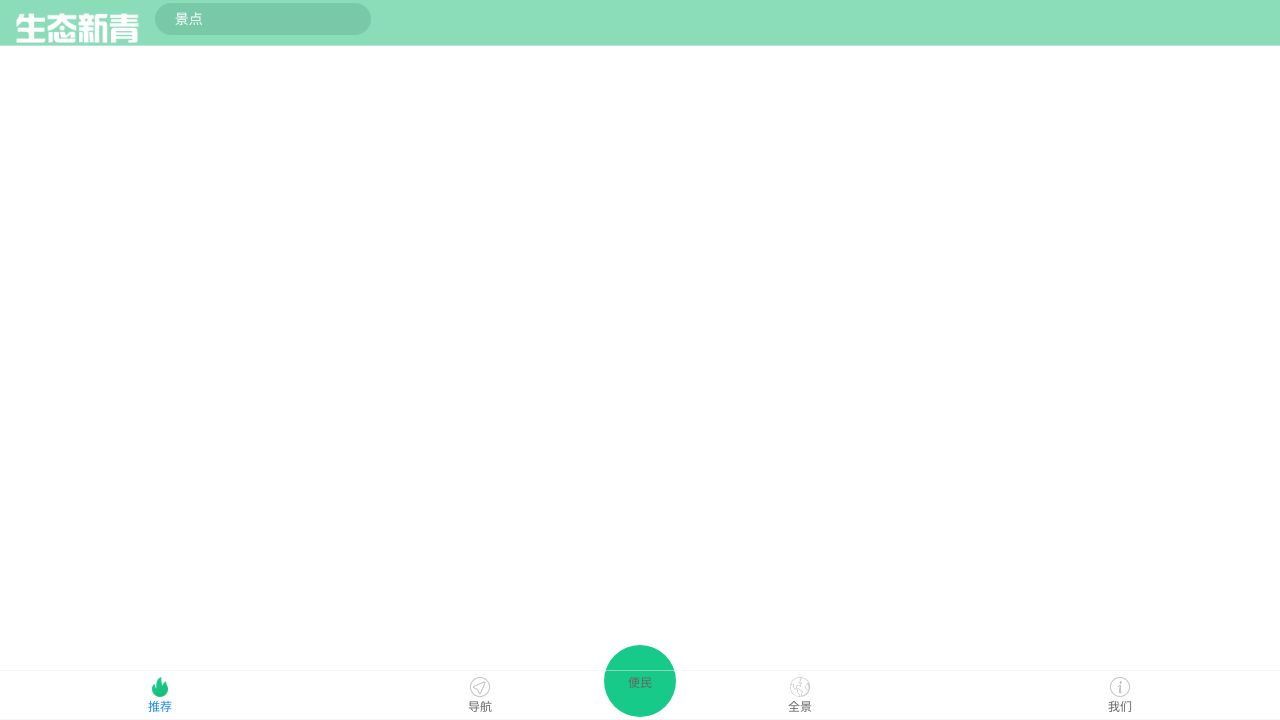
Repository: huye123/stcq
Page: /
An editor plug-in stored every save of this project. The page is shown before and after a run of saves, followed by the edit.
The browser window is 1280 px wide. The pictures show the whole page.
The project was rebuilt for these pictures with package versions that can differ from the ones it lists, and the page was loaded fresh each time. Also part of the build but not shown: src/components/search.vue.

Above is the page before, as saved 2019-06-28 16:37:16.

### index.html
<!DOCTYPE html>
<html>
  <head>
    <meta charset="utf-8">
    <meta name="viewport" content="width=device-width,initial-scale=1.0">
    <title>stcqapp</title>
  </head>
  <body>
    <div id="app"></div>
    <!-- built files will be auto injected -->
  </body>
</html>

### src/main.js
// The Vue build version to load with the `import` command
// (runtime-only or standalone) has been set in webpack.base.conf with an alias.
import Vue from 'vue'
import App from './App'
import router from './router'
import Vant from 'vant';
import 'vant/lib/index.css';
Vue.use(Vant)

Vue.config.productionTip = false

// require('src\style\index.less')
/* eslint-disable no-new */
new Vue({
  el: '#app',
  router,
  components: { App },
  template: '<App/>'
})

### src/App.vue
<template>
  <div id="app">
     <router-view/>
  <van-tabbar v-model="active">
  <van-tabbar-item >
    <span>推荐</span>
    <img
      slot="icon"
      slot-scope="props"
      :src="props.active ? icon.active : icon.normal"
    >
  </van-tabbar-item>
  <van-tabbar-item >
    <span>导航</span>
    <img
      slot="icon"
      slot-scope="search"
      :src="search.active ? icon.active1 : icon.navigation"
    >
  </van-tabbar-item>
  <van-tabbar-item  class="bianmin">
    <span>便民</span>
  </van-tabbar-item>
  <van-tabbar-item >
    <span>全景</span>
    <img
      slot="icon"
      slot-scope="panorama"
      :src="panorama.active ? icon.active3 : icon.panorama"
    >
  </van-tabbar-item>
  <van-tabbar-item >
    <span>我们</span>
    <img
      slot="icon"
      slot-scope="user"
      :src="user.active ? icon.active4 : icon.user"
    >
  </van-tabbar-item>
  <!-- <van-tabbar-item icon="search">标签</van-tabbar-item>
  <van-tabbar-item icon="setting-o">标签</van-tabbar-item>
  <van-tabbar-item icon="search">标签</van-tabbar-item> -->
</van-tabbar>
  </div>
</template>

<script>
export default {
  name: 'App',
  data() {
    return {
      active: 0,
      icon: {
        normal: 'static/image/tuijian-n.png',
        active: 'static/image/tuijian-s.png',
        navigation: 'static/image/daolan-n.png',
        active1: 'static/image/daolan-s.png',
        panorama: 'static/image/quanjing-n.png',
        active3: 'static/image/quanjing-s.png',
        user: 'static/image/women-n.png',
        active4: 'static/image/women-s.png'
      },
      //  iconNav: {
      //   normal: 'static/image/daolan-n.png',
      //   active: 'static/image/daolan-s.png'
      // }
    }
  },
}
</script>

<style>
#app {
  font-family: 'Avenir', Helvetica, Arial, sans-serif;
  -webkit-font-smoothing: antialiased;
  -moz-osx-font-smoothing: grayscale;
  text-align: center;
  color: #2c3e50;
  margin-top: 60px;
}
.bianmin{
      background: #18ca8a;
    border-radius: 50%;
    /* width: 100%; */
    height: 72px;
    width: 72px;
    position: absolute;
    top: -50%;
    left: calc(50% - 36px);

}
</style>

### src/router/index.js
import Vue from 'vue'
import Router from 'vue-router'
import HelloWorld from '@/components/HelloWorld'
import Search from '@/components/search'

Vue.use(Router)

export default new Router({
  routes: [
    {
      path: '/',
      name: 'HelloWorld',
      component: HelloWorld
    },
    {
      path: '@/components/search',
      name: 'search',
      meta: {
       title: '搜索',
      },
     }

  ]
})

### src/components/HelloWorld.vue
<template>
  <div class="hello">
    <van-nav-bar fixed class="index">
      <div slot="left">
        <!-- <span class="title">生态新青</span> -->
        <van-col span="8" class="logo">
          <img src="../../static/image/logo.png" alt="">
        </van-col>
        <router-link :to="{ name: '搜索'}">
          <van-col span="14" class="indexBtn" :offset="1">
            <button>景点</button>
          </van-col>
        </router-link>
      </div>
  <!-- <van-icon name="search" slot="right" /> -->
</van-nav-bar>
  </div>
</template>

<script>
export default {
  name: 'HelloWorld',
  data () {
    return {

    }
  }
}
</script>

<!-- Add "scoped" attribute to limit CSS to this component only -->

<style scoped>
 .index{
   background-color: rgba(25, 186, 117, 0.5);
   /* opacity: 0.5; */

 }
  .logo img{
     width: 100%;
      display: block;
      margin-top: 10px;

   }
   .indexBtn button{
     background-color:  rgba(105, 184, 153, 0.5);
     border: 0px;
     width: 100%;
     border-radius: 25px;
     line-height: 30px;
     color: #fff;
     text-align: left;
     padding-left: 20px;
   }

</style>

After the next 3 saves:
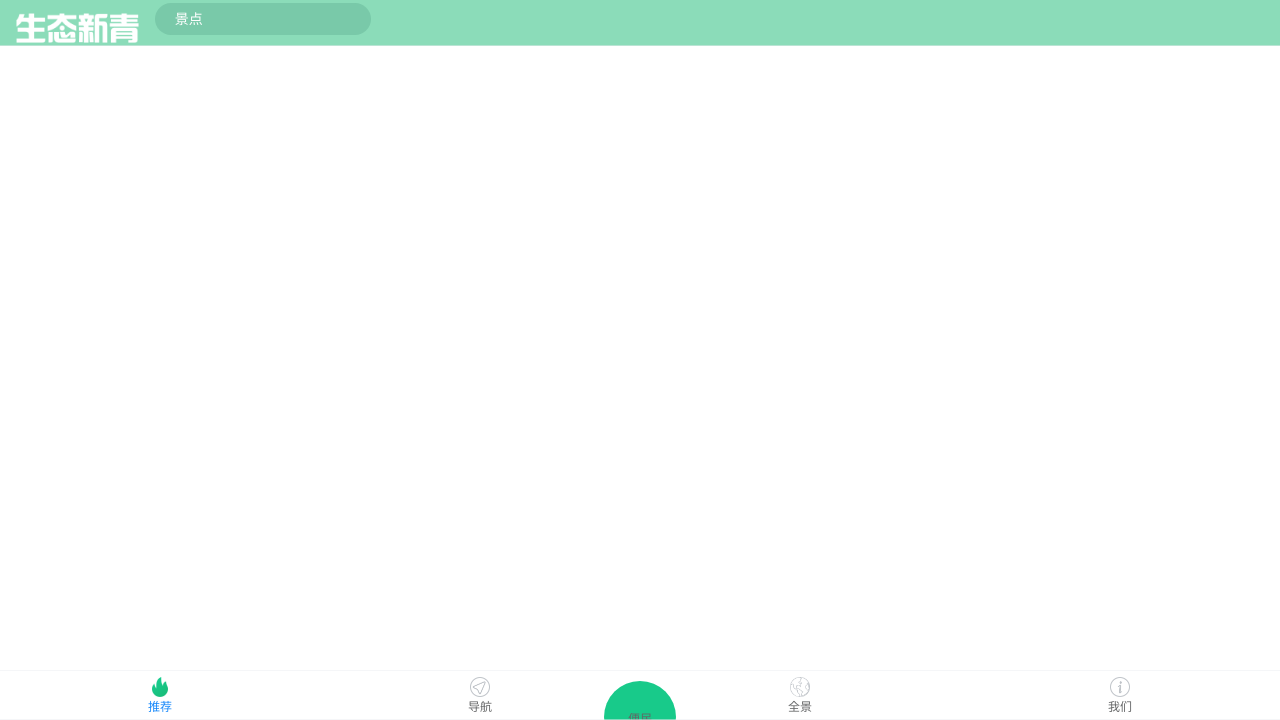
The 3 saves are shown as one change because they came seconds apart.
The last was saved 12 s later.
--- a/src/App.vue
+++ b/src/App.vue
@@ -85,7 +85,7 @@ export default {
     height: 72px;
     width: 72px;
     position: absolute;
-    top: -50%;
+    top:  calc(-50% + 36px);
     left: calc(50% - 36px);
 
 }
